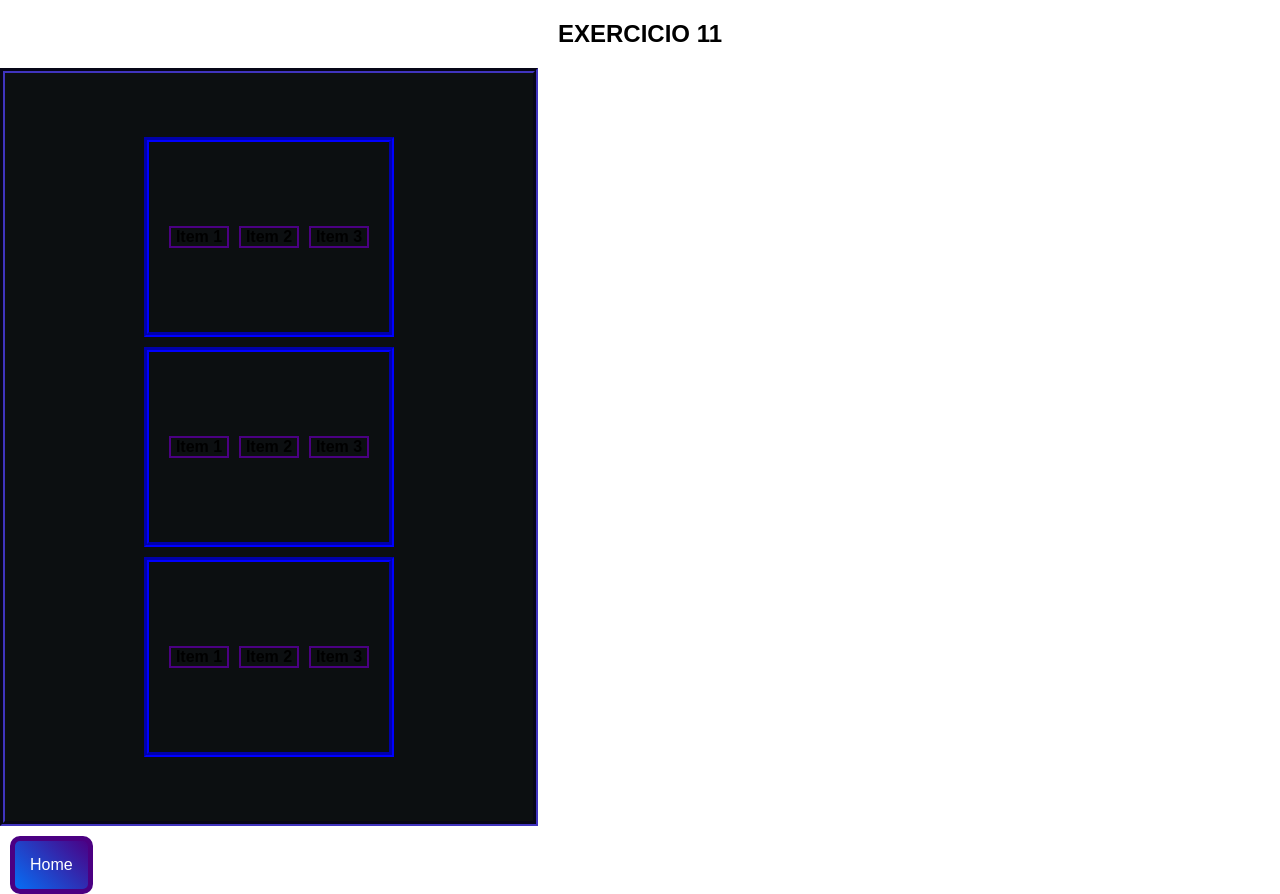
Repository: Elianmrey/TP1-Mobile-First
Page: EXERCISES/EX_11/index.html
These files come from the project's save history. The page is drawn as it stood at one moment and after the next save; the edit follows.
The browser window is 1280 px wide. The pictures show the whole page.

Above is the page before, as saved 2024-08-04 23:25:11.

After the next save:
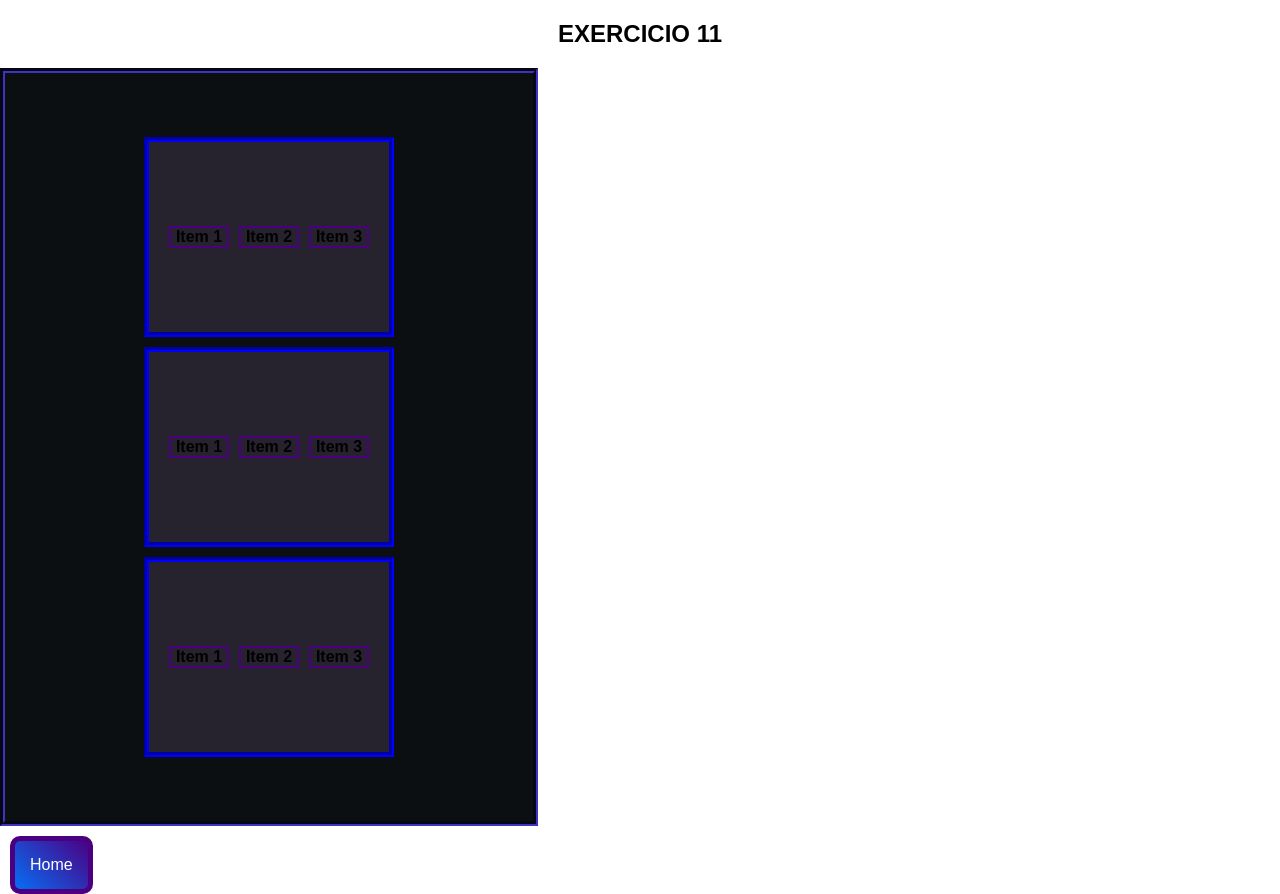
Saved 4 s later.
--- a/EXERCISES/EX_11/style.css
+++ b/EXERCISES/EX_11/style.css
@@ -33,7 +33,7 @@ font-family: sans-serif;
   justify-content: center;
   align-items: center;
   padding: 20px;
-
+  background-color: rgb(38, 35, 46);
 }
 
  .item
